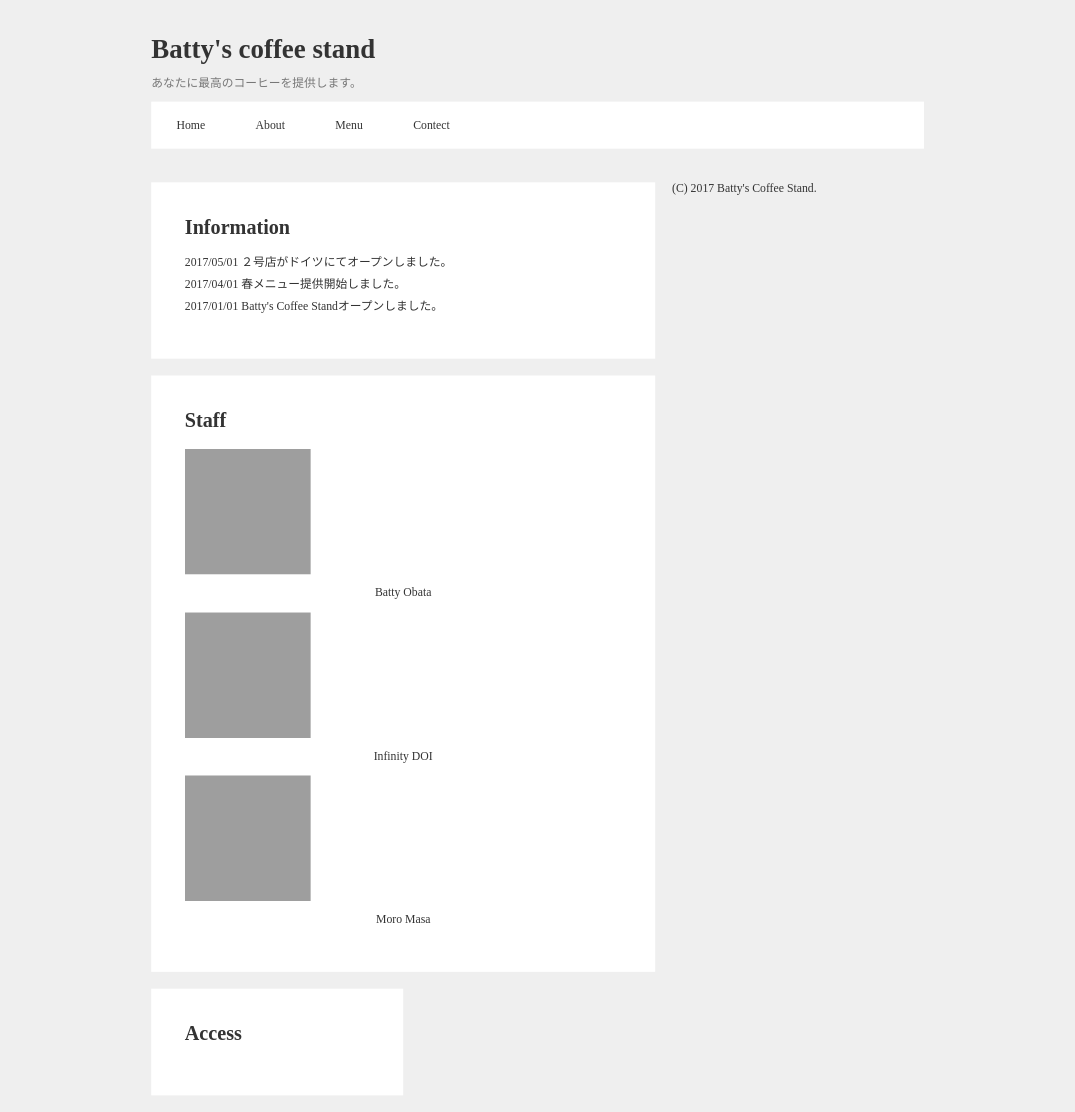
Repository: Black-Holy/rails-07-
Page: HTML/batty_coffee_stand/index.html
The author's editor kept a record of every edit. The page is drawn from the files as they stood at one moment, then again after the next edit.
The browser window is 1280 px wide. The pictures show the whole page, at 84% of full size.
Pictures or frames that could not be fetched are drawn as grey boxes.

Above is the page before.

### HTML/batty_coffee_stand/index.html
<!DOCTYPE HTML>
<html>
  <head>
    <meta charset="UTF-8">
    <title>Batty's Coffee Stand</title>
    <link rel="stylesheet" href="css/normalize.css">
    <link rel="stylesheet" href="css/style.css">
  </head>
  <body>
  <header>
    <div class="container">
      <div class="header-title-area">
        <h1 class="logo">Batty's coffee stand</h1>
        <p class="text-sub">あなたに最高のコーヒーを提供します。</p>
        <ul class="header-navigation">
          <li><a href="#">Home</a></li>
          <li><a href="#">About</a></li>
          <li><a href="#">Menu</a></li>
          <li><a href="#">Contect</a></li>
        </ul>
      </div>
    </div>
  </header>
  <div class="main">
    <div class="container">
      <div class="left-contents">
        <div class="card-contents">
          <h2 class="text-title">Information</h2>
          <ul class="information-list">
            <li>2017/05/01 ２号店がドイツにてオープンしました。</li>
            <li>2017/04/01 春メニュー提供開始しました。</li>
            <li>2017/01/01 Batty's Coffee Standオープンしました。</li>
          </ul>
        </div>
        <div class="card-contents">
          <h2 class="text-title">Staff</h2>
          <div class="staff-list-area">
            <div class="staff-list">
              <img src="./staff_01.jpg" class="staff-image">
              <p class="staff-name">Batty Obata</p>
            </div>
            <div class="staff-list">
              <img src="./staff_02.jpg" class="staff-image">
              <p class="staff-name">Infinity DOI</p>
            </div>
            <div class="staff-list">
              <img src="./staff_03.jpg" class="staff-image">
              <p class="staff-name">Moro Masa</p>
            </div>
          </div>
        </div>
        <div class="right-contents">
          <div class="card-contents">
            <h2 class="text-title">Access</h2>
        </div>
      </div>
    </div>
  </div>
  <footer>
    <p class="copyright">(C) 2017 Batty's Coffee Stand.</p>
  </footer>
  </body>
</html>

### HTML/batty_coffee_stand/css/style.css
body {
  background-color: #efefef;
  font-size: 14px;
  color: #333;
  margin: 0;
}

h1,h2,h3,h4,h5 {
  margin: 0 0 10px 0;
  padding: 0;
}

header {
  margin-top: 20px;
}

.container {
  width: 920px;
  margin: 0 auto 40px auto;
}

.header-title-area {
  margin-top: 40px;
  margin-bottom: 30px;
}

.logo {
  font-size: 32px;
}

.text-sub {
  color: #777;
}

.header-navigation {
  width: 100%;
  background-color: #fff;
  padding: 20px 0;
}

.header-navigation:after {
  clear: both;
  display: block;
  content: " ";
}

.header-navigation li {
  float: left;
  padding: 0 30px;
  text-align: center;
  list-style-type: none;
}

.header-navigation li a {
  color: #333;
  text-decoration: none;
}

.text-title {
  font-size: 24px;
  font-weight: bold;
  margin-top: 0;
  margin-bottom: 20px;
}

.card-contents {
  padding: 40px;
  display: block;
  margin-bottom: 20px;
  background-color: #fff;
}

.left-contents {
  width: 600px;
  margin-right: 20px;
  float: left;
}

.right-contents {
  width: 300px;
  float: left;
}

.information-list {
  list-style-type: none;
  padding-left: 0;
}

.information-list li {
  margin-bottom: 10px;
}

.staff-list-area:after {
  clear: both;
  display: block;
  content: " ";
}

.staff-list:last-child {
  margin-right: 0;
}

.staff-image {
  margin-bottom: 10px;
  width: 150px;
  height: 150px;
  display: block;
}

.staff-name {
  text-align: center;
}

Loaded but not shown: HTML/batty_coffee_stand/css/normalize.css (library)

After the next edit:
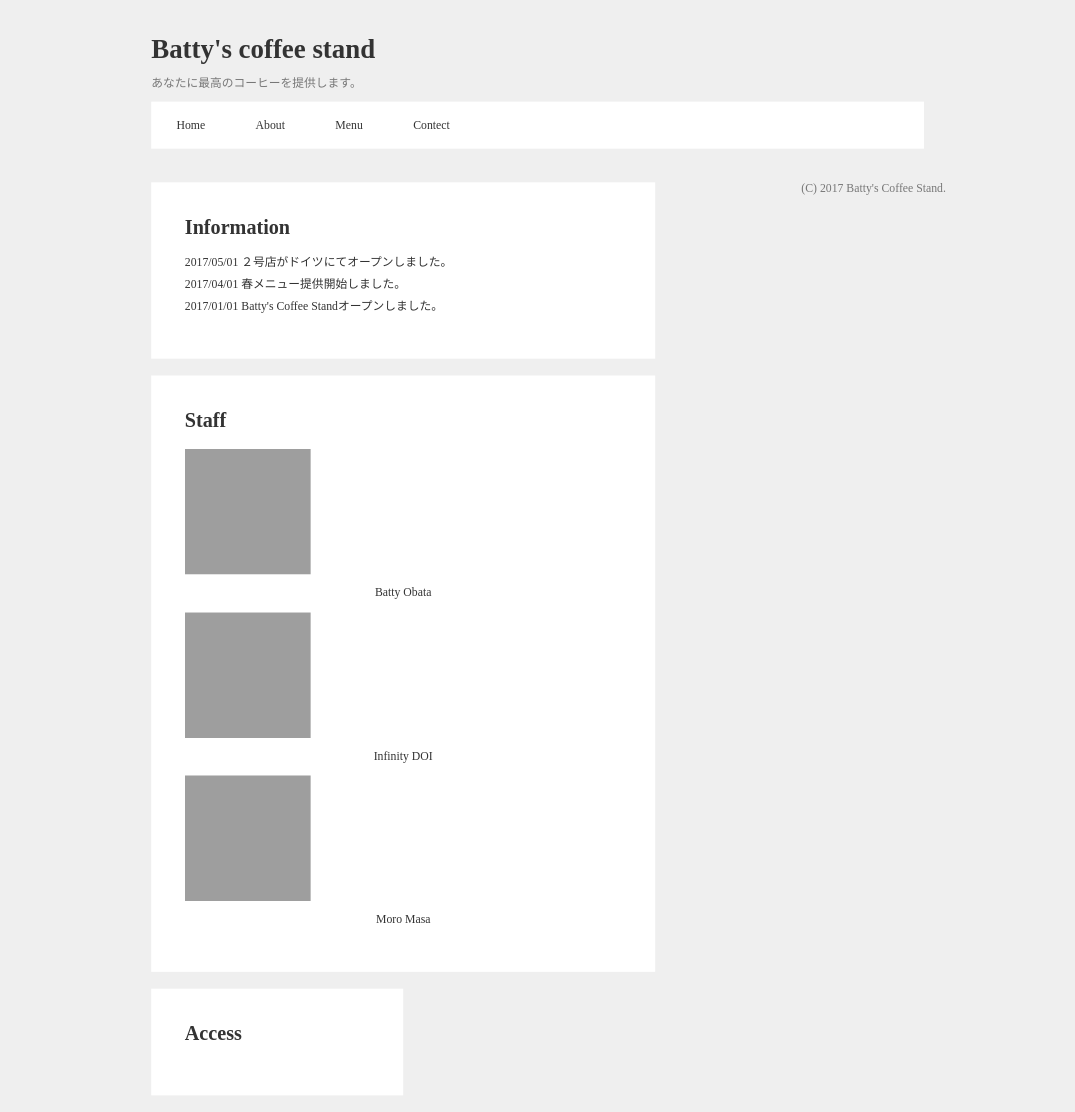
The edit:
--- a/HTML/batty_coffee_stand/css/style.css
+++ b/HTML/batty_coffee_stand/css/style.css
@@ -110,3 +110,8 @@
 .staff-name {
   text-align: center;
 }
+
+.copyright {
+  color: #777;
+  text-align: center;
+}
